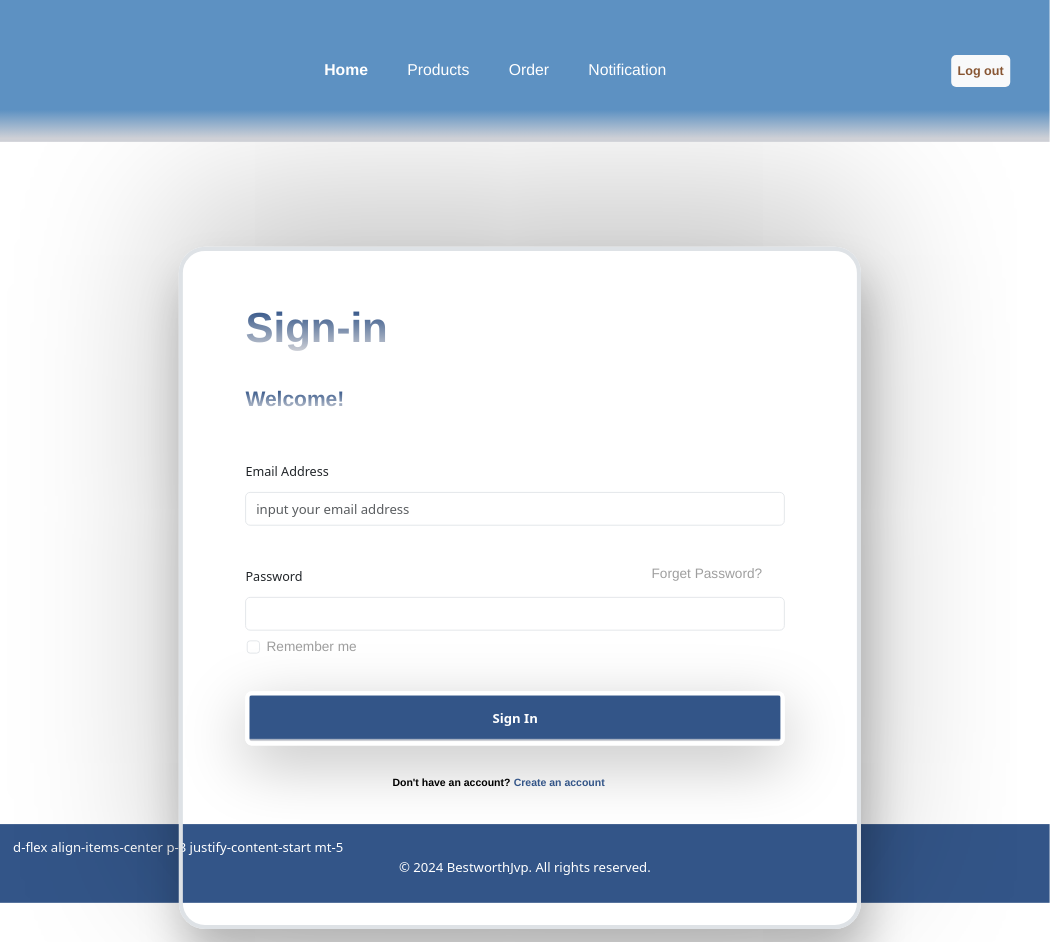
Repository: OVictor21/inventory
Page: /
The author's editor kept a copy of each file at every save. The page is drawn from the files as they stood at one save, then again after a run of saves.
The browser window is 1280 px wide. The page is 1280 px wide, then 1283 px, so the pictures cover 1283 px, including what lies to the right of the window. The pictures show the whole page, at 82% of full size.
The project was rebuilt for these pictures with package versions that can differ from the ones it lists, and the page was loaded fresh each time.

Above is the page before, as saved 2024-12-14 10:42:02.

After the next 5 saves:
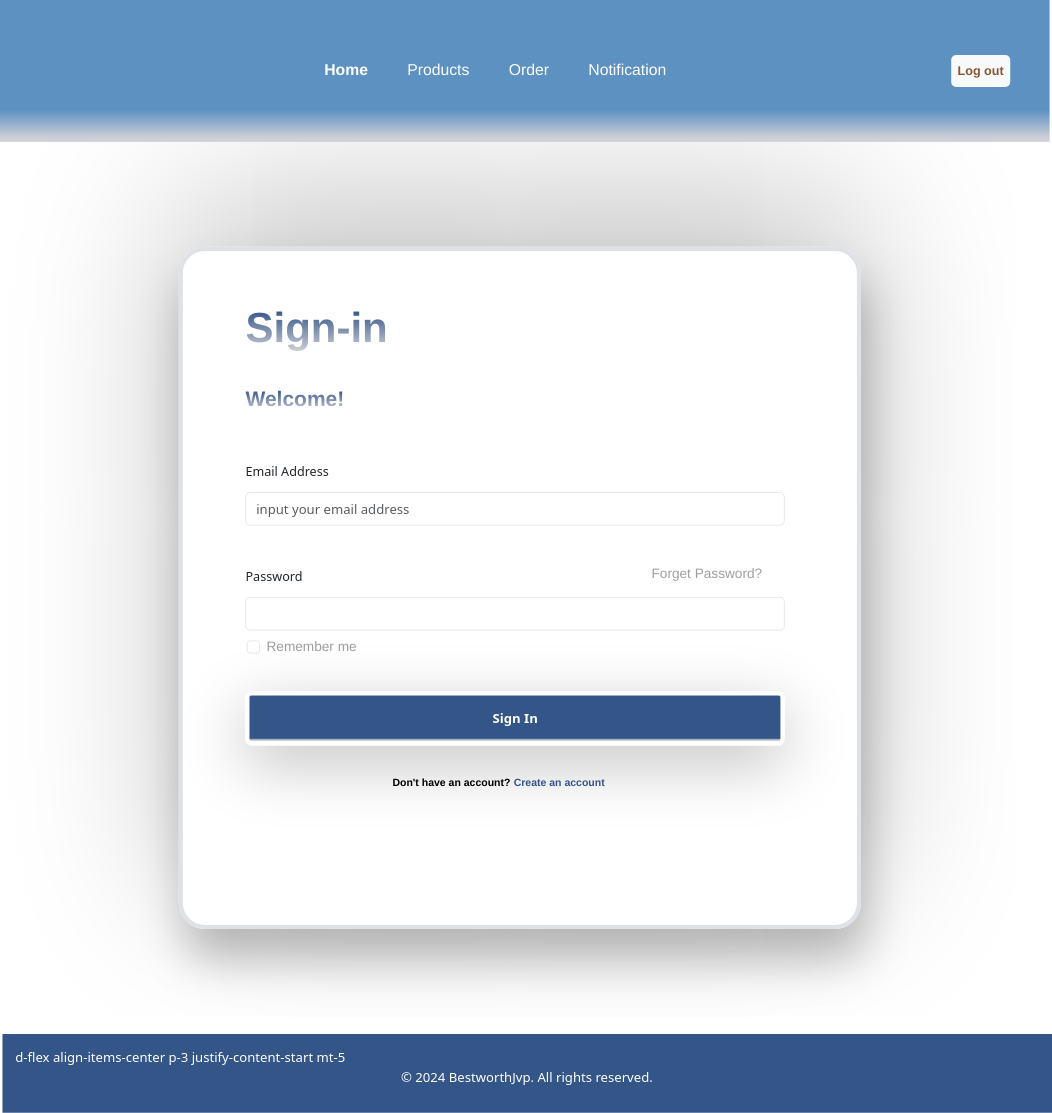
The 5 saves are shown as one change because they came seconds apart.
The last was saved 67 s later.
--- a/src/index.css
+++ b/src/index.css
@@ -192,8 +192,11 @@ font-size: 1.2vw;
 
 .footer-body{
   background-color: rgb(51, 85, 136);
-  top: 20vw;
-}
+    position: relative;
+    top: 20vw;
+    left: 0.2vw;
+  }
+
 
 .copyright-text {
   top: 50vw;
